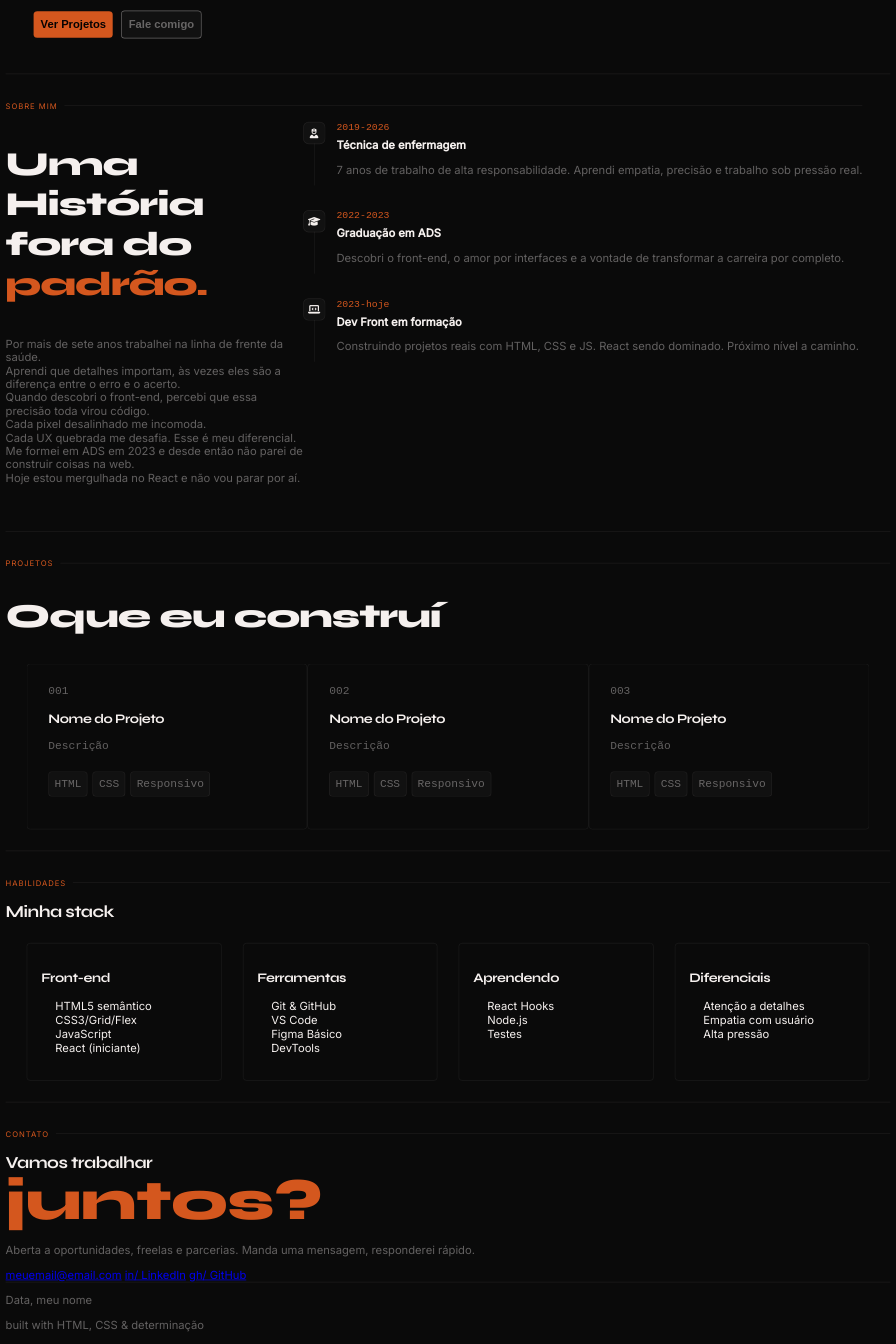
Repository: Bitroia/Portifolio
Page: index.html
An editor plug-in stored every save of this project. The page is shown before and after a run of saves, followed by the edit.
The browser window is 1280 px wide. The pictures show the part of the page from y = 710 to 2630 px (the page is 2630 px tall), at 70% of full size.
Some web fonts or font styles are not loaded; a fallback is used.

Above is the page before, as saved 2026-04-30 19:17:49.

### index.html
<!doctype html>
<html lang="pt-br">
  <head>
    <meta charset="UTF-8" />
    <meta name="viewport" content="width=device-width, initial-scale=1.0" />
    <link rel="stylesheet" href="styles/style.css" />
    <script src="scripts/script.js" defer></script>
    <link
      href="https://fonts.googleapis.com/css2?family=Syne:wght@400;700;800&family=Inter:wght@300;400;500&display=swap"
      rel="stylesheet"
    />
    <link
      href="https://fonts.googleapis.com/css2?family=Syne:wght@400;700;800&family=Syne+Mono&family=Inter:wght@300;400;500&display=swap"
      rel="stylesheet"
    />
    <link
      rel="stylesheet"
      href="https://cdnjs.cloudflare.com/ajax/libs/font-awesome/6.5.0/css/all.min.css"
    />
    <title>Meu portifólio</title>
  </head>
  <body>
    <header>
      <nav id="nav-container">
        <h2>vitoria.cardozo</h2>
        <ul id="ul-container">
          <li><a href="#">SOBRE</a></li>
          <li><a href="#">PROJETOS</a></li>
          <li><a href="#">SKILLS</a></li>
          <li><a href="#">CONTATO</a></li>
        </ul>
      </nav>
    </header>
    <main>
      <section id="hero-section">
        <section id="sections-container">
          <section id="introduction-section">
            <div id="available-container">
              <span class="dot-2"></span>
              <p class="available-p">Disponível para oportunidades</p>
            </div>
            <span class="line-1">Front-end</span>
            <span class="line-2">que veio da</span>
            <span class="accent">linha de frente</span>
            <p class="p-introduction">
              Da enfermagem para o código. Construo interfaces <br />
              com a mesma precisão que aprendi cuidando de <br />
              pessoas. ADS 2023. HTML, CSS, JS. React no forno.
            </p>
            <button id="projects-btn">Ver Projetos</button>
            <button id="talk-to-me-btn">Fale comigo</button>
          </section>
          <section id="secondary-section">
            <div id="info-container">
              <div class="terminal-bar">
                <span class="dot red"></span>
                <span class="dot yellow"></span>
                <span class="dot green"></span>
                <span class="terminal-title">perfil.json</span>
              </div>
              <div id="code-info-container">
                <pre><code><span class="t-comment">// desenvolvendo front-end</span>
          {
        <span class="t-key">"nome"</span>: <span class="t-str">"Vitoria Cardozo"</span>,
        <span class="t-key">"stack"</span>: [<span class="t-str">"HTML"</span>, <span class="t-str">"CSS"</span>, <span class="t-str">"JS"</span>, <span class="t-str">"React"</span>],
        <span class="t-key">"formação"</span>: <span class="t-str">"ADS 2023"</span>,
        <span class="t-key">"background"</span>: <span class="t-str">"Enfermagem"</span>,
        <span class="t-key">"status"</span>: <span class="t-const">open_to_work</span>
         }
                </code></pre>
              </div>
            </div>
            <ul class="mini-cards-container">
              <li class="mini-card">
                <span class="num">5+</span>
                <span class="label">Anos desenvolvendo atenção a detalhes</span>
              </li>
              <li class="mini-card">
                <span class="num">ADS</span>
                <span class="label"
                  >Graduação em Análise e desenvolvimento de Sistemas</span
                >
              </li>
              <li class="mini-card">
                <span class="num">3+</span>
                <span class="label">Projetos front-end no portfólio</span>
              </li>
              <li class="mini-card">
                <span class="num">&#8734;</span>
                <span class="label">Vontade de aprender e crescer</span>
              </li>
            </ul>
          </section>
        </section>
      </section>
      <section id="about-me-section">
        <span class="title">Sobre mim</span>
        <section id="history-section">
          <h1 class="font-history">
            <span class="font-history-1">Uma História</span><br />fora do
            <span class="font-history-2">padrão.</span>
          </h1>
          <p>
            Por mais de sete anos trabalhei na linha de frente da saúde. <br />
            Aprendi que detalhes importam, às vezes eles são a diferença entre o
            erro e o acerto. <br />
            Quando descobri o front-end, percebi que essa precisão toda virou
            código. <br />
            Cada pixel desalinhado me incomoda. <br />
            Cada UX quebrada me desafia. Esse é meu diferencial. <br />
            Me formei em ADS em 2023 e desde então não parei de construir coisas
            na web. <br />
            Hoje estou mergulhada no React e não vou parar por aí.
          </p>
        </section>
        <section id="experiences-section">
          <dl class="experiences-list">
            <div class="exp-row">
              <div class="exp-item">
                <div class="box-icon">
                  <i class="fa-solid fa-user-nurse icon"></i>
                </div>
              </div>
              <div class="exp-content">
                <dt class="date-exp">2019-2026</dt>
                <dd class="desc-exp">
                  <strong>Técnica de enfermagem</strong>
                  <p>
                    7 anos de trabalho de alta responsabilidade. Aprendi
                    empatia, precisão e trabalho sob pressão real.
                  </p>
                </dd>
              </div>
            </div>
            <div class="exp-row">
              <div class="exp-item">
                <div class="box-icon">
                  <i class="fa-solid fa-graduation-cap icon"></i>
                </div>
              </div>
              <div class="exp-content">
                <dt class="date-exp">2022-2023</dt>
                <dd class="desc-exp">
                  <strong>Graduação em ADS</strong>
                  <p>
                    Descobri o front-end, o amor por interfaces e a vontade de
                    transformar a carreira por completo.
                  </p>
                </dd>
              </div>
            </div>
            <div class="exp-row">
              <div class="exp-item">
                <div class="box-icon">
                  <i class="fa-solid fa-laptop-code icon"></i>
                </div>
              </div>
              <div class="exp-content">
                <dt class="date-exp">2023-hoje</dt>
                <dd class="desc-exp">
                  <strong>Dev Front em formação</strong>
                  <p>
                    Construindo projetos reais com HTML, CSS e JS. React sendo
                    dominado. Próximo nível a caminho.
                  </p>
                </dd>
              </div>
            </div>
          </dl>
        </section>
      </section>
      <section id="projects-section">
        <span class="title">Projetos</span>
        <h2 class="font-build">Oque eu construí</h2>
        <div id="article-container">
          <article class="project-card">
            <a href="#" class="link-overlay" target="_blank"></a>
            <span class="num-article">001</span>
            <h3>Nome do Projeto</h3>
            <p>Descrição</p>
            <ul class="tech-tags">
              <li>HTML</li>
              <li>CSS</li>
              <li>Responsivo</li>
            </ul>
          </article>
          <article class="project-card">
            <a href="#" class="link-overlay" target="_blank"></a>
            <span class="num-article">002</span>
            <h3>Nome do Projeto</h3>
            <p>Descrição</p>
            <ul class="tech-tags">
              <li>HTML</li>
              <li>CSS</li>
              <li>Responsivo</li>
            </ul>
          </article>
          <article class="project-card">
            <a href="#" class="link-overlay" target="_blank"></a>
            <span class="num-article">003</span>
            <h3>Nome do Projeto</h3>
            <p>Descrição</p>

            <ul class="tech-tags">
              <li>HTML</li>
              <li>CSS</li>
              <li>Responsivo</li>
            </ul>
          </article>
        </div>
      </section>
      <section id="skills-section">
        <span class="title">Habilidades</span>
        <h1>Minha stack</h1>
        <div id="stacks-container">
          <article class="stack-card">
            <h3>Front-end</h3>
            <ul class="stack-ul">
              <li>HTML5 semântico</li>
              <li>CSS3/Grid/Flex</li>
              <li>JavaScript</li>
              <li>React (iniciante)</li>
            </ul>
          </article>
          <article class="stack-card">
            <h3>Ferramentas</h3>
            <ul class="stack-ul">
              <li>Git & GitHub</li>
              <li>VS Code</li>
              <li>Figma Básico</li>
              <li>DevTools</li>
            </ul>
          </article>
          <article class="stack-card">
            <h3>Aprendendo</h3>
            <ul class="stack-ul">
              <li>React Hooks</li>
              <li>Node.js</li>
              <li>Testes</li>
            </ul>
          </article>
          <article class="stack-card">
            <h3>Diferenciais</h3>
            <ul class="stack-ul">
              <li>Atenção a detalhes</li>
              <li>Empatia com usuário</li>
              <li>Alta pressão</li>
            </ul>
          </article>
        </div>
      </section>
      <section id="go-to-work-section">
        <span class="title">Contato</span>
        <h1>
          Vamos trabalhar
          <span class="accent">juntos?</span>
        </h1>
        <p>
          Aberta a oportunidades, freelas e parcerias. Manda uma mensagem,
          responderei rápido.
        </p>
        <a href="#" class="contact-link">meuemail@email.com</a>
        <a href="#" class="contact-link">in/ LinkedIn</a>
        <a href="#" class="contact-link">gh/ GitHub</a>
      </section>
    </main>
    <footer>
      <p>Data, meu nome</p>
      <p>built with HTML, CSS & determinação</p>
    </footer>
  </body>
</html>

### styles/style.css
:root {
  --fundo-geral: #0A0A0A;
  --fundo-cards: #111111;
  --hovers: #d8b5b5;
  --text: #f5f0ee;
  --second-text: #f5f0ee61;
  --dark-text: #050202;
  --accent: #d4571e;
  --accent-hover: #ff6a2a;
  --border: #f5f0ee12;
  --t-str: #7dd3fc;
  --t-comment: #5a6a1f;
  --font-title: "Syne", sans-serif;
  --font-body: "Inter", sans-serif;
  --font-mono: 'Syne Mono', monospace;
}
@keyframes pulse {
  0%,
  100% {
    opacity: 1;
    transform: scale(1);
  }
  50% {
    opacity: 0.4;
    transform: scale(1.5);
  }
}
* {
  padding: 0;
}

h1,
h2,
h3 {
  font-weight: 600;
  letter-spacing: -0.03em;
  color: var(--text);
  font-family: var(--font-title);
}

.line-1,
.accent {
  font-family: var(--font-title);
  font-weight: 800;
}

.font-history {
  font-size: 3rem;
  font-weight: 800;
}

.font-history-2 {
  color: var(--accent);
}

p {
  color: var(--second-text);
  line-height: 1.2;
}

.title {
  display: flex;
  align-items: center;
  gap: 10px;
  width: 100%;
}
.title::after {
  content: "";
  flex: 1;
  height: 1px;
  background-color: var(--border);
}

body {
  background-color: var(--fundo-geral);
  color: var(--text);
  font-family: var(--font-body);
  font-weight: 400;
}

/* Header */

header {
  border-bottom: 1px solid var(--border);
}

#nav-container {
  display: flex;
  justify-content: space-between;
  padding: 0.5px;
}

#ul-container {
  display: flex;
  list-style: none;
  gap: 1rem;
}

#ul-container a {
  text-decoration: none;
  color: var(--second-text);
  font-size: 13px;
  transition: 0.5s;
}

#ul-container a:hover {
  color: var(--hovers);
}

/* Apresentação */

#available-container {
  display: flex;
  flex-direction: row;
  align-items: center;
  gap: 8px;
}

.line-1 {
  color: var(--text);
  display: block;
  font-size: 5rem;
  width: 100%;
  line-height: 1;
}

.line-2 {
  color: var(--second-text);
  display: block;
  font-size: 4rem;
  width: 100%;
  display: inline-block;
  line-height: 1;
}

.accent {
  color: var(--accent);
  font-size: 5rem;
  display: block;
  line-height: 1;
}

.available-p {
  color: var(--accent);
}

/* Cards */

#info-container {
  display: flex;
  flex-direction: column;
  width: 700px;
  border-radius: 5px;
}

.terminal-bar {
  display: flex;
  gap: 8px;
  align-items: center;
  padding: 10px 14px;
  background-color: #181818;
  border-bottom: 2px solid var(--fundo-cards);
  border-radius: 5px;
  margin-bottom: 0;
}
.dot-2 {
  background-color: #ccff00;
  animation: pulse 2s ease-in-out infinite;
  width: 5px;
  height: 5px;
  border-radius: 50%;
  display: inline-block;
}

.dot {
  width: 8px;
  height: 8px;
  border-radius: 50%;
  display: inline-block;
}

.dot.red {
  background-color: #ff5f57;
}
.dot.yellow {
  background: #ffbd2e;
}
.dot.green {
  background: #28c840;
}

.terminal-title {
  font-family: var(--font-mono);
  font-size: 11px;
  color: var(--second-text);
  margin: 0 auto;
}

#code-info-container {
  color: var(--second-text);
  background-color: var(--fundo-cards);
  border-radius: 3px;
  font-size: 12px;
  line-height: 2;
  height: 210px;
}

#code-info-container pre {
  margin: 0;
  padding: 1rem;
  white-space: pre; /* mantém a formatação do código */
  max-width: 100%; /* não vaza do pai */
}

.t-comment {
  color: var(--t-comment);
}

.t-key {
  color: var(--accent);
}

.t-str {
  color: var(--t-str);
}
/* Sessões */

#hero-section {
  padding: 0 40px 50px 0;
  margin-top: 3%;
  border-bottom: 1px solid var(--border);
}

#introduction-section {
  flex: 1;
}

#introduction-section .p-introduction {
  border-left: var(--accent) 2px solid;
  padding-left: 12px;
}

#secondary-section {
  width: 700px;
  height: 550px;
}

.mini-cards-container {
  display: grid;
  grid-template-columns: repeat(2, 1fr);
  gap: 16px;
  width: 700px;
}

.mini-card {
  display: flex;
  border: 1px solid var(--border);
  padding: 30px;
  list-style: none;
  text-align: center;
  flex-direction: column;
  border-radius: 5px;
  flex: 0 0 calc(50% - 8px);
  background-color: var(--fundo-cards);
}

.num {
  color: var(--accent);
  font-family: var(--font-title);
  font-size: 23px;
  font-weight: 800;
  letter-spacing: -0.03em;
  margin-bottom: 6px;
  text-align: left;
}

.mini-card .label {
  color: var(--second-text);
  text-align: left;
  margin-top: 5px;
  font-size: 16px;
  font-family: var(--font-mono);
}

#sections-container {
  display: flex;
  gap: 40px;
  margin-top: 3%;
  padding: 0 40px;
}

#introduction-section p {
  justify-self: left;
  display: block;
}

#about-me-section {
  padding: 0 40px 50px 0;
  margin-top: 3%;
  border-bottom: 1px solid var(--border);
  display: flex;
  flex-wrap: wrap;

}

.title,
.available-p {
  font-family: var(--mono);
  font-size: 11px;
  letter-spacing: 0.12em;
  text-transform: uppercase;
  color: var(--accent);
  display: flex;
  align-items: center;
  gap: 10px;
}

#history-section {
  flex: 1;
}

.date-exp {
  color: var(--accent);
  font-family: var(--font-mono);
  font-size: 14px;
  margin-bottom: 3px;
}

.experiences-list {
  display: flex;
  flex-direction: column;
  gap: 32px;
}

.exp-item {
  position: relative;
}

.exp-content {
  display: flex;
  flex-direction: column;
}

.desc-exp {
  margin: 4px 0 0 0;
}

.box-icon {
  position: relative;
  flex-shrink: 0; /* impede o ícone de encolher */
  display: flex;
  align-items: center;
  border: 1px solid var(--border);
  justify-content: center;
  width: 30px;
  height: 30px;
  border-radius: 8px;
  background-color: var(--fundo-cards);
}

.icon {
  font-size: 14px;
}

.exp-item:not(:last-child) .box-icon::after {
  content: "";
  position: absolute;
  top: 100%;
  left: 50%;
  transform: translateX(-50%);
  width: 1px;
  height: 60px;
  background-color: var(--border);
}

/* Linha do tempo */

.exp-row {
  display: flex;
  gap: 16px;
  align-items: flex-start;
}

#projects-section {
  margin-top: 3%;
  border-bottom: 1px solid var(--border);
}

.font-build{
  font-size: 3rem;
  font-weight: 800;
}

#article-container{
  display: flex;
  margin: 30px;
  font-family: var(--font-mono);
}

.project-card{
  border: 1px solid var(--border);
  padding: 30px;
  width: 90%;
  text-align: left;
  border-radius: 5px;
  cursor: pointer;
  position: relative;
  overflow: hidden;
}

.project-card::before{
  content: '';
  position: absolute;
  top: 0;
  left: 0;
  right: 0;
  height: 2px;
  background: var(--accent);
  transform: scaleX(0);
  transform-origin: left;
  transition: transform 0.3s ease;
}

.project-card:hover{

background-color: var(--border);
}

.project-card:hover::before {
  transform: scaleX(1);
}

.link-overlay{
  position: absolute;
  inset: 0;
}

.num-article{
  color: var(--second-text);
  font-family: var(--font-mono);
}

.tech-tags{
  list-style: none;
  display: flex;
  gap: 7px;
}

.tech-tags li{
  border: 1px solid var(--border);
  text-align: center;
  background-color: var(--fundo-cards);
  border-radius: 5px;
  padding: 8px;
  color: var(--second-text);
  margin-top: 10px;
}

#skills-section {
  margin-top: 3%;
  border-bottom: 1px solid var(--border);
}

#stacks-container{
  display: flex;
  margin: 30px;
  gap: 30px;
}

.stack-card{
  border: 1px solid var(--border);
  padding: 20px;
  width: 50%;
  border-radius: 5px;
}

.stack-ul{
}

.stack-ul li{
  list-style: none;
  position: relative;
  padding-left: 20px;
}

.stack-ul li::before{

}

#go-to-work-section {
  margin-top: 3%;
  border-bottom: 1px solid var(--border);
}
/* Botões */

#projects-btn {
  background-color: var(--accent);
  padding: 10px;
  border-radius: 5px;
  border: none;
  color: var(--dark-text);
  font-size: 1rem;
  font-weight: 600;
  text-align: center;
  transition: transform 0.2s ease;
}

#talk-to-me-btn {
  background-color: var(--fundo-cards);
  padding: 10px;
  border-radius: 5px;
  border: 1px solid var(--second-text);
  color: var(--second-text);
  margin-left: 7px;
  font-weight: 600;
  text-align: center;
  font-size: 1rem;
  transition: transform 0.2s ease;
}

#projects-btn:hover {
  background-color: var(--accent-hover);
  box-shadow:
    0 0 10px rgba(212, 87, 30, 0.6),
    0 0 20px rgba(212, 87, 30, 0.4);
  transform: translateY(-2px);
}

#talk-to-me-btn:hover {
  background-color: var(--fundo-geral);
  color: var(--accent);
  border: 1px solid var(--accent);
  transform: translateY(-3px);
}

Loaded but not shown: scripts/script.js (no stored copy; drawn as an empty file)

After the next 4 saves:
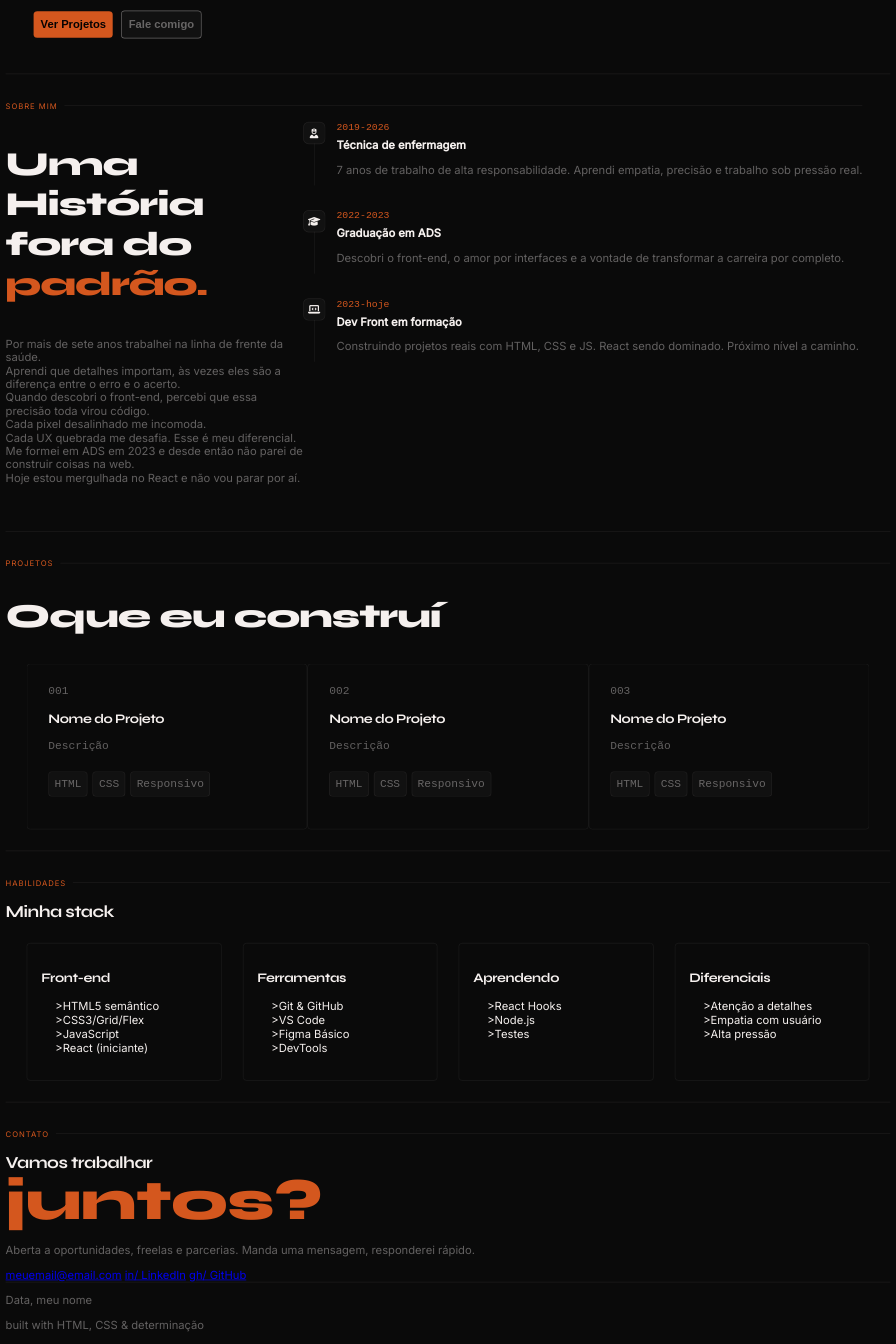
The 4 saves are shown as one change because they came seconds apart.
The last was saved 9 s later.
--- a/styles/style.css
+++ b/styles/style.css
@@ -484,7 +484,7 @@
 }
 
 .stack-ul li::before{
-
+  content: ">";
 }
 
 #go-to-work-section {

After the 3 saves that followed:
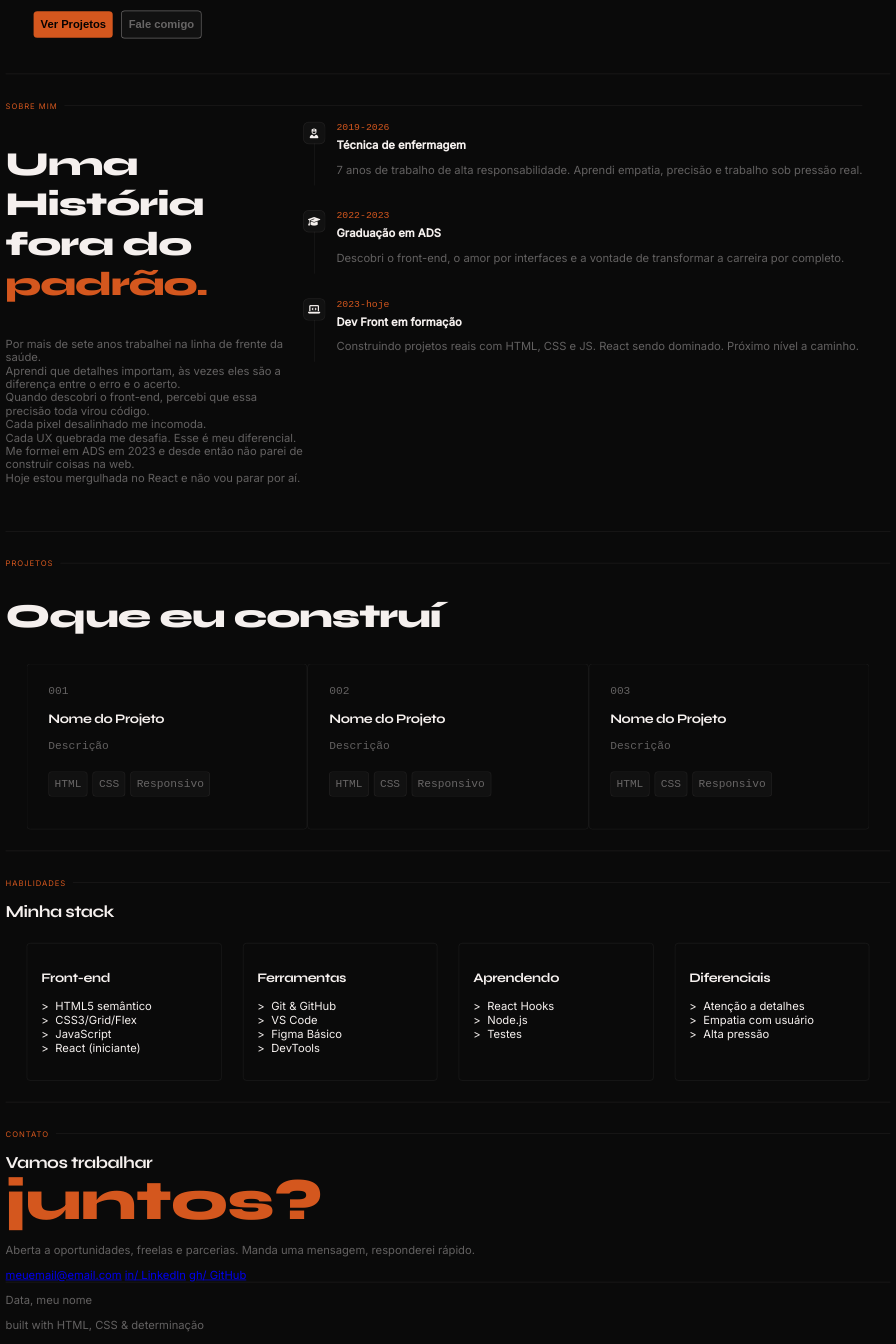
The 3 saves are shown as one change because 1 left the picture as it was and some came seconds apart.
The last was saved 11 s later.
--- a/styles/style.css
+++ b/styles/style.css
@@ -485,6 +485,8 @@
 
 .stack-ul li::before{
   content: ">";
+  position: absolute;
+  left: 0;
 }
 
 #go-to-work-section {
